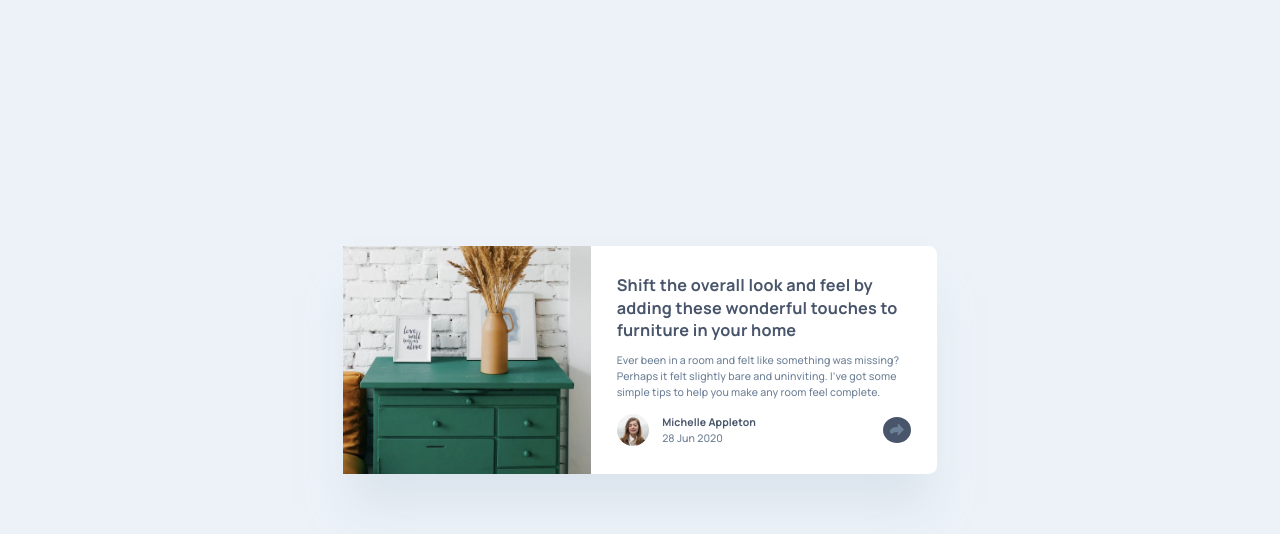
Repository: brandontaylor1/article-preview-component
Page: index.html
An editor plug-in stored every save of this project. The page is shown before and after the next save, followed by the edit.
The browser window is 1280 px wide. The pictures show the whole page.

Above is the page before, as saved 2025-01-13 22:54:58.

After the next save:
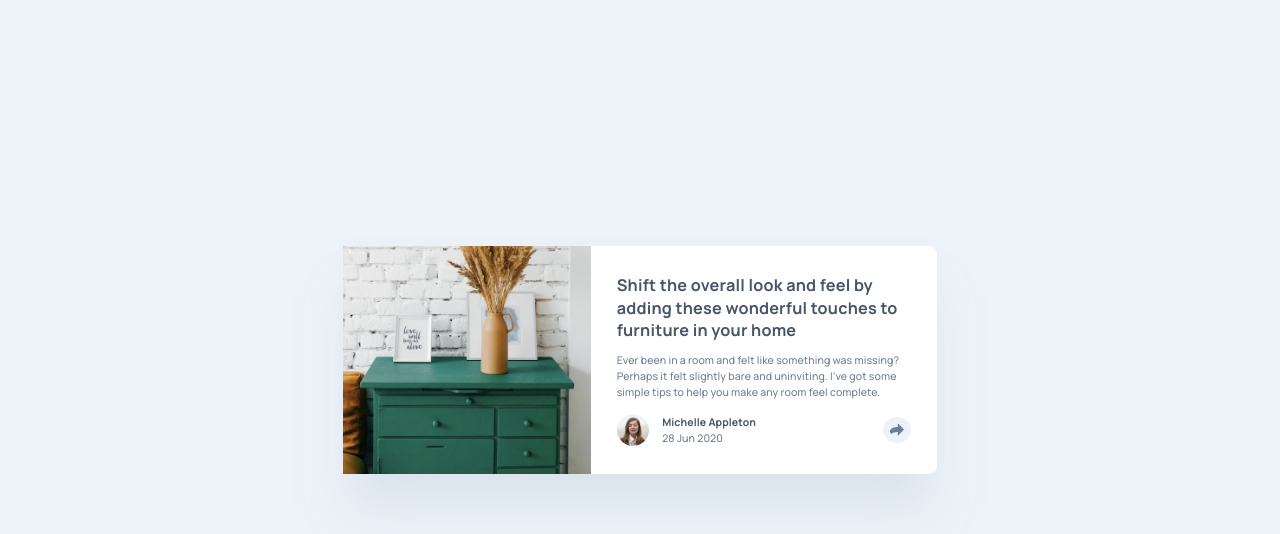
Saved 60 s later.
--- a/styles.css
+++ b/styles.css
@@ -133,8 +133,8 @@ body {
 
 .share-btn {
     padding: .5rem;
-    background-color: var(--dark-grayish-blue);
-    color: white;
+    background-color: var(--light-grayish-blue);
+    color: var(--desaturated-dark-blue);
     border-radius: 50%;
     cursor: pointer;
 }
